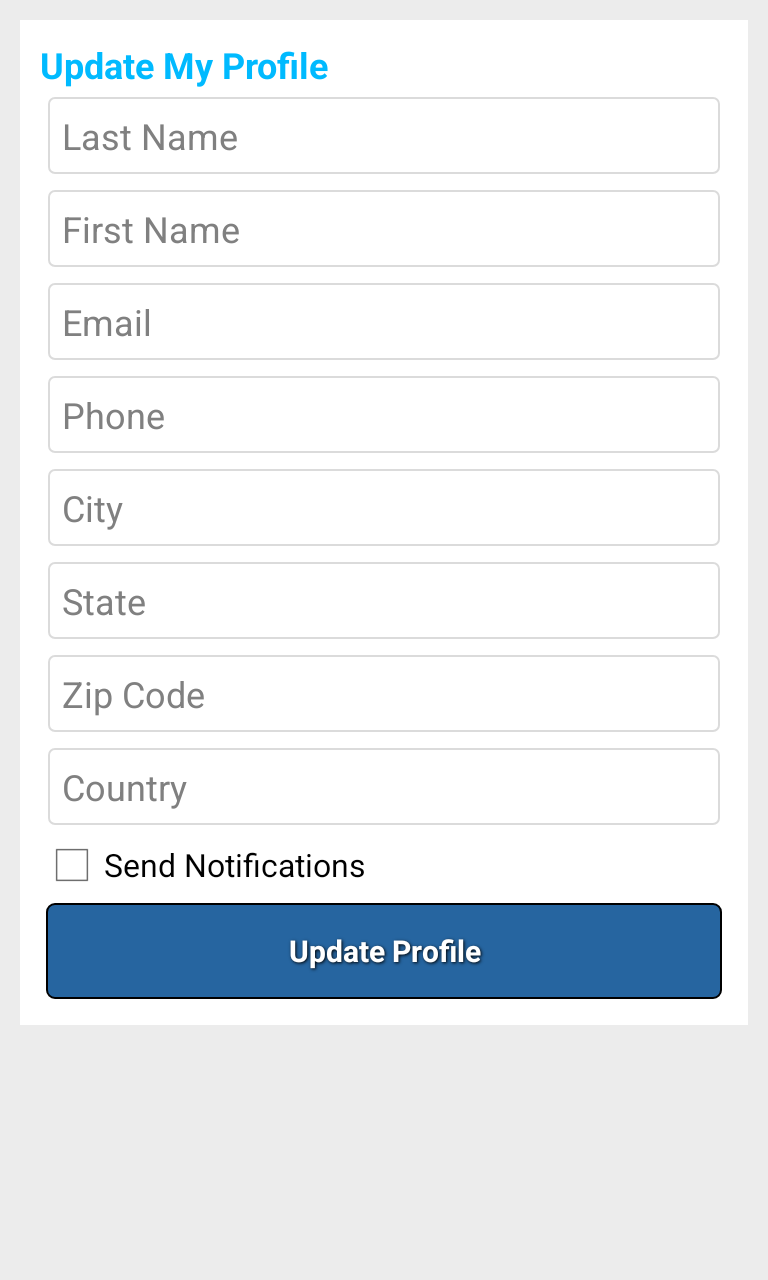
Repository: spotmob/spotmob
Layout: SpotMob/res/layout/my_profile.xml
The author's editor kept a copy of each file at every save. The layout is drawn from the files as they stood at one save, then again after the next save.
It is drawn on a 768 x 1280 px phone screen (xhdpi) without system bars, with theme ThemeSelector; the app's code is not run.

Above is the layout before, as saved 2013-06-19 05:06:39.

After the next save:
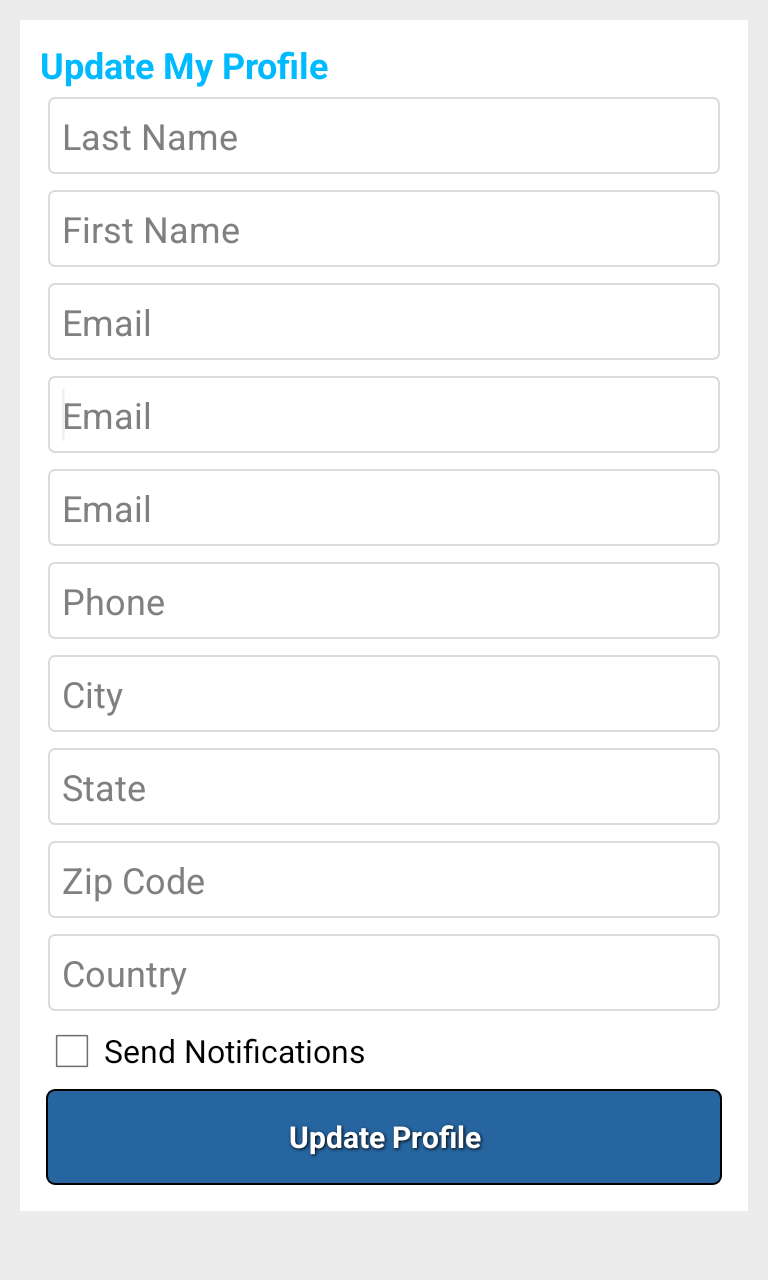
Saved 42 s later.
--- a/SpotMob/res/layout/my_profile.xml
+++ b/SpotMob/res/layout/my_profile.xml
@@ -73,6 +73,29 @@
             android:inputType="textPassword" /> -->
 
         <EditText
+            android:id="@+id/password"
+            android:layout_width="match_parent"
+            android:layout_height="wrap_content"
+            android:layout_margin="4dip"
+            android:background="@drawable/gradient_edit_text"
+            android:ems="10"
+            android:hint="@string/email_hint"
+            android:inputType="textEmailAddress" >
+
+            <requestFocus />
+        </EditText>
+
+        <EditText
+            android:id="@+id/EditText02"
+            android:layout_width="match_parent"
+            android:layout_height="wrap_content"
+            android:layout_margin="4dip"
+            android:background="@drawable/gradient_edit_text"
+            android:ems="10"
+            android:hint="@string/email_hint"
+            android:inputType="textEmailAddress" />
+
+        <EditText
             android:id="@+id/phone"
             android:layout_width="match_parent"
             android:layout_height="wrap_content"
